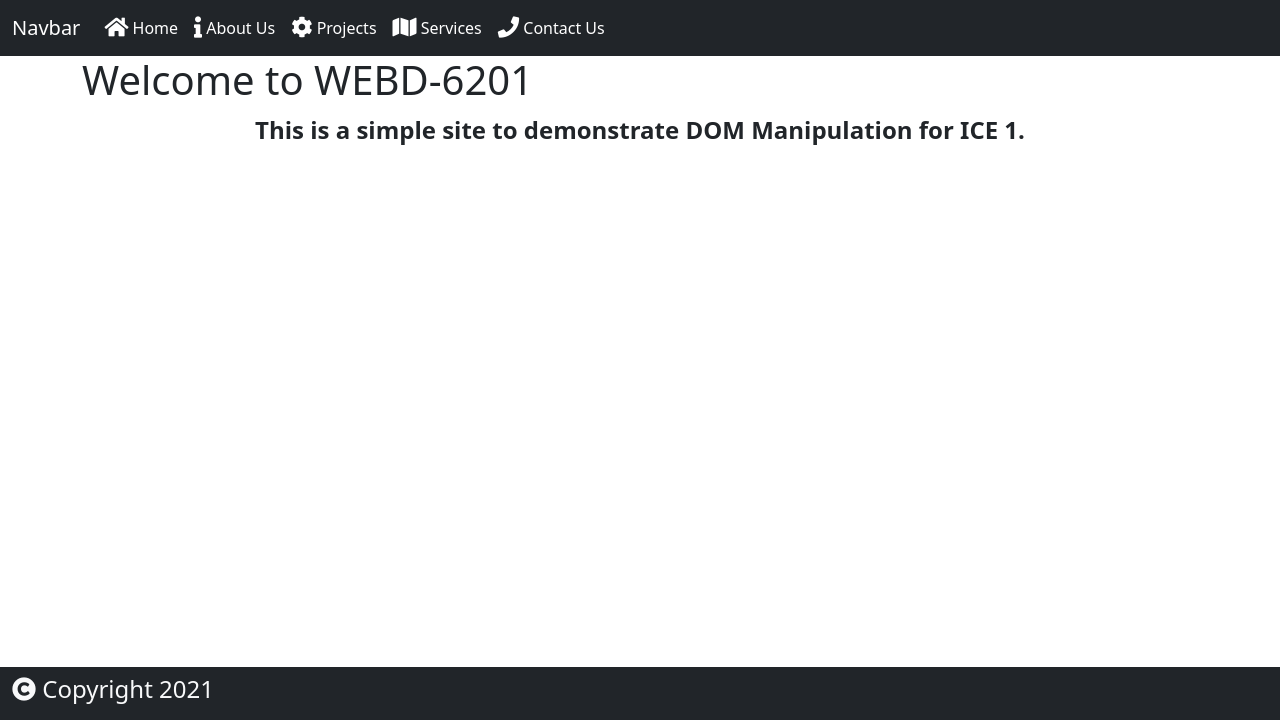
Repository: CKM206/WEBD6201-W2021---ICE1
Page: index.html
The author's editor kept a copy of each file at every save. The page is drawn from the files as they stood at one save, then again after the next save.
The browser window is 1280 px wide. The pictures show the whole page.

Above is the page before, as saved 2021-01-20 09:44:47.

### index.html
<!DOCTYPE html>
<html lang="en">
<head>
    <meta charset="UTF-8">
    <meta name="viewport" content="width=device-width, initial-scale=1.0">
    <title>WEBD6201 - W2021 - ICE 1</title>
    <!-- CSS Section -->
    <!-- Inject Bootstrap first, always-->
    <link rel="stylesheet"
    href="./node_modules/bootstrap/dist/css/bootstrap.min.css">
    <!-- Now inject Icon Fonts using Font Awesome-->
    <link rel="stylesheet"
    href="./node_modules/@fortawesome/fontawesome-free/css/all.min.css">
    <!-- Now inject our custom css-->
    <link rel="stylesheet" href="./Content/app.css">
</head>
<body>

    <header>
        <nav class="navbar navbar-expand-lg navbar-dark bg-dark">
            <div class="container-fluid">
              <a class="navbar-brand" href="#">Navbar</a>
              <button class="navbar-toggler" type="button" data-bs-toggle="collapse" data-bs-target="#navbarSupportedContent" aria-controls="navbarSupportedContent" aria-expanded="false" aria-label="Toggle navigation">
                <span class="navbar-toggler-icon"></span>
              </button>
              <div class="collapse navbar-collapse" id="navbarSupportedContent">
                <ul class="navbar-nav me-auto mb-2 mb-lg-0">
                  <li class="nav-item">
                    <a class="nav-link active" aria-current="page" href="#"><i class="fas fa-home fa-lg"></i> Home</a>
                  </li>
                  <li class="nav-item">
                    <a class="nav-link active" aria-current="page" href="#"><i class="fas fa-info fa-lg"></i> About Us</a>
                  </li>
                  <li class="nav-item">
                    <a class="nav-link active" aria-current="page" href="#"><i class="fas fa-cog fa-lg"></i> Projects</a>
                  </li>
                  <li class="nav-item">
                    <a class="nav-link active" aria-current="page" href="#"><i class="fas fa-map fa-lg"></i> Services</a>
                  </li>
                  <li class="nav-item">
                    <a class="nav-link active" aria-current="page" href="#"><i class="fas fa-phone fa-lg"></i> Contact Us</a>
                  </li>
                </ul>
              </div>
            </div>
          </nav>
    </header>

    <main class="container">
        <h1>Welcome to WEBD-6201</h1>
        <p id="paragraphOne"></p>
    </main>

    <!-- Footer Section -->
    <footer>
        <nav class="navbar fixed-bottom navbar-dark bg-dark">
            <div class="container-fluid">
              <h4 class="text-light"><i class="fas fa-copyright text-light"></i> Copyright 2021</h4>
            </div>
          </nav>
    </footer>

    <!--Script Section-->
    <script src="./node_modules/jquery/dist/jquery.min.js"></script>
    <script src="./node_modules/bootstrap/dist/js/bootstrap.bundle.min.js"></script>
    <script src="./Scripts/app.js"></script>
</body>
</html>

### Content/app.css
/* Custom CSS Here */

### Scripts/app.js
/* Custom Javascript Here */
"use strict";   // Indicate that the code should be executed in "strict mode".

// IIFE - Immediately Invoked Function Expression (Anonymous Self-Executing Function)
//-Acts as a Closure, Limits Scope Leak
(function()
{
    function Start()
    {
        console.log("App Started...");

        // This shows different ways of accessing an element; @see index.html <p> on line 51
        //-Each has its own use and solves different problems
        let paragraphOneText = "This is a simple site to demonstrate DOM Manipulation for ICE 1.";
        let paragraphOneElement = document.getElementById("paragraphOne");

        // let aParagraph = document.getElementsByTagName("p")[0];
        // let allParagraphs = document.getElementsByTagName("p");
        // let paragraphOneQuery = document.querySelector("p");
        // let paragraphOneQuerys = document.querySelectorAll("p");

        // Print each variable to the console, see how each one "points" to the same <p> element
        // console.log(paragraphOneElement);
        // console.log(aParagraph);
        // console.log(allParagraphs[0]);
        // console.log(paragraphOneQuery);
        // console.log(paragraphOneQuerys);

        // Assigning values to the textContent of the element we have a reference to
        paragraphOneElement.textContent = paragraphOneText;

        /* We can change the style as well..
          For the most part its best to use css sheets, but this can be useful when attempting
          dynamic effects on the webpage
        */
        //paragraphOneElement.style = "color: blue;";

        // We can change the class of an element as well...
        paragraphOneElement.className = "fs-4 fw-bold text-center";


    }

    window.addEventListener("load", Start);
})();

Loaded but not shown: node_modules/bootstrap/dist/css/bootstrap.min.css (library); node_modules/@fortawesome/fontawesome-free/css/all.min.css (library); node_modules/jquery/dist/jquery.min.js (library); node_modules/bootstrap/dist/js/bootstrap.bundle.min.js (library)

After the next save:
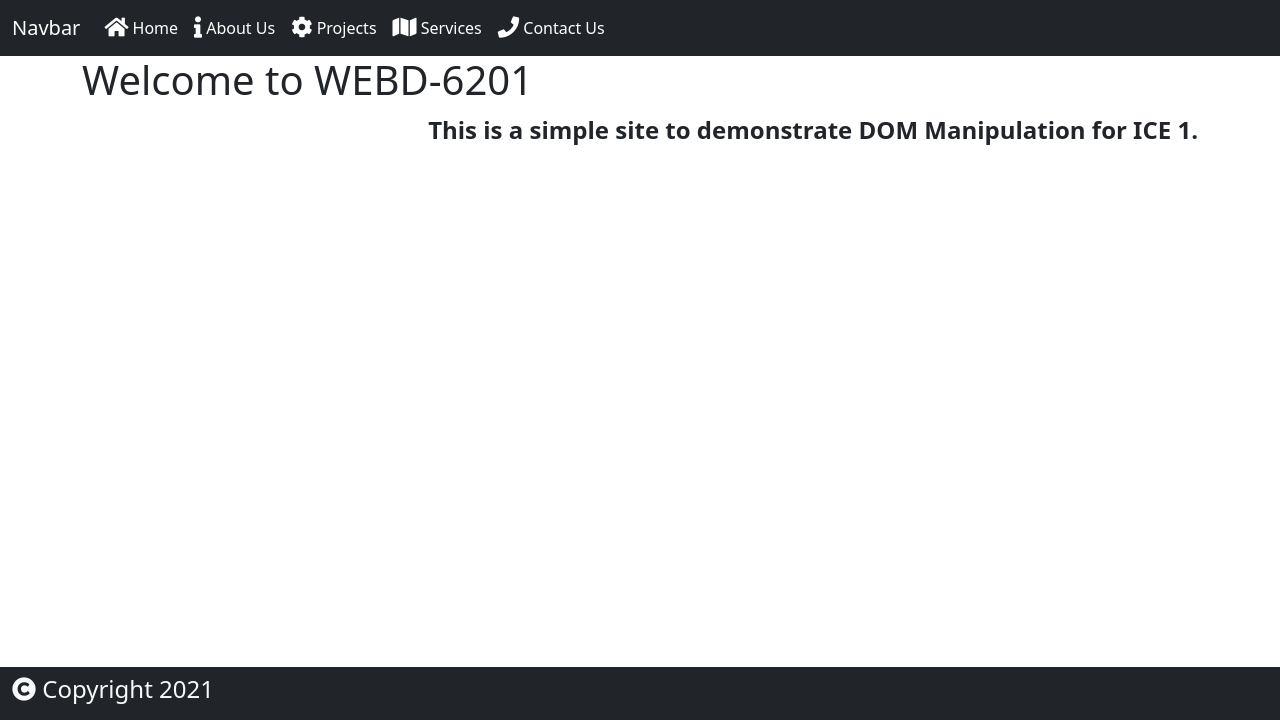
Saved 5 s later.
--- a/Scripts/app.js
+++ b/Scripts/app.js
@@ -36,7 +36,7 @@
         //paragraphOneElement.style = "color: blue;";
 
         // We can change the class of an element as well...
-        paragraphOneElement.className = "fs-4 fw-bold text-center";
+        paragraphOneElement.className = "fs-4 fw-bold text-end";
 
 
     }
